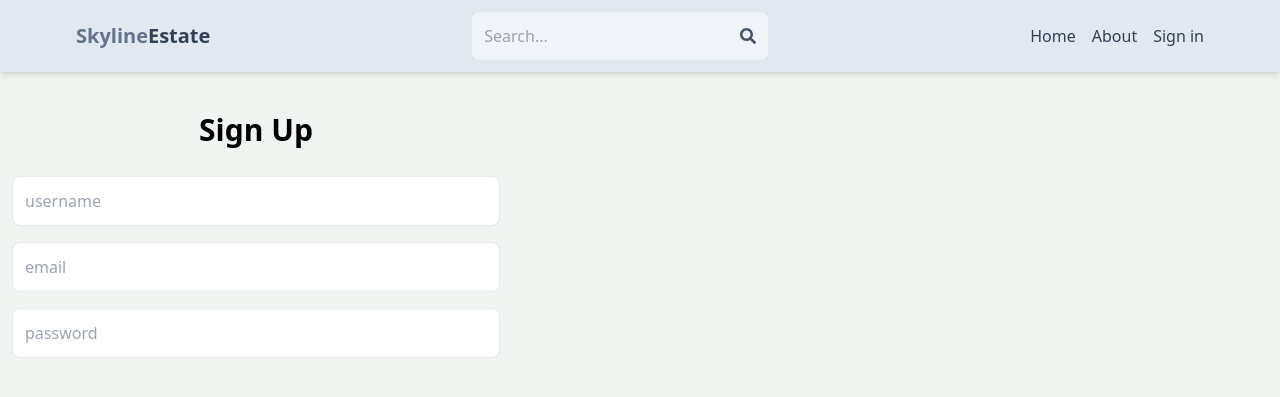
Repository: stavan30/mern-estate
Page: /sign-up (app in client/)
These files come from the project's save history. The page is drawn as it stood at one moment and after the next save; the edit follows.
The browser window is 1280 px wide. The pictures show the whole page.
The project was rebuilt for these pictures with package versions that can differ from the ones it lists, and the page was loaded fresh each time. Also part of the build but not shown: client/vite.config.js, client/src/pages/About.jsx, client/src/pages/Home.jsx, client/src/pages/Profile.jsx, client/src/pages/SignIn.jsx.

Above is the page before, as saved 2024-01-19 02:27:19.

After the next save:
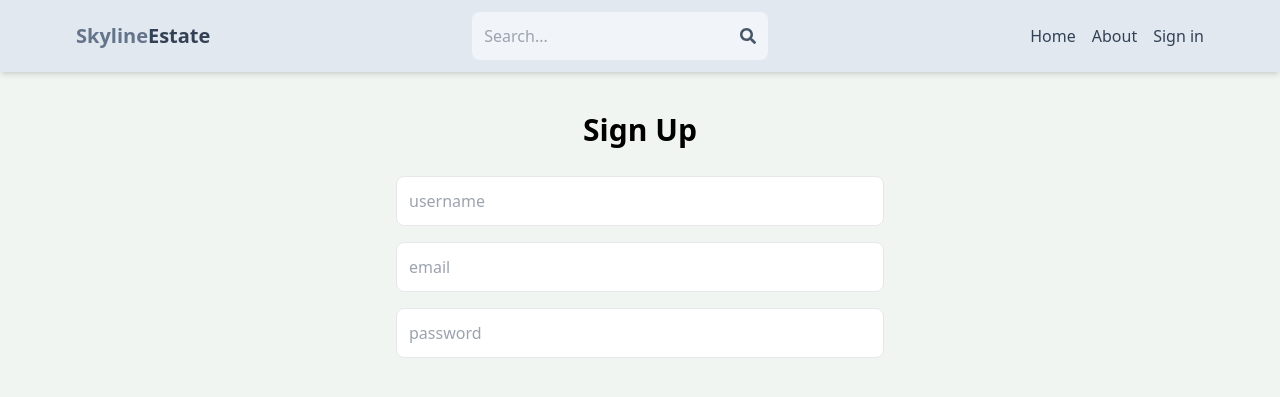
Saved 102 s later.
--- a/client/src/pages/SignUp.jsx
+++ b/client/src/pages/SignUp.jsx
@@ -2,7 +2,7 @@ import React from 'react'
 
 export default function SignUp() {
   return (
-    <div className='p-3 max-w-lg'>
+    <div className='p-3 max-w-lg mx-auto'>
       <h1 className='text-3xl text-center font-semibold my-7'>
         Sign Up
       </h1>
